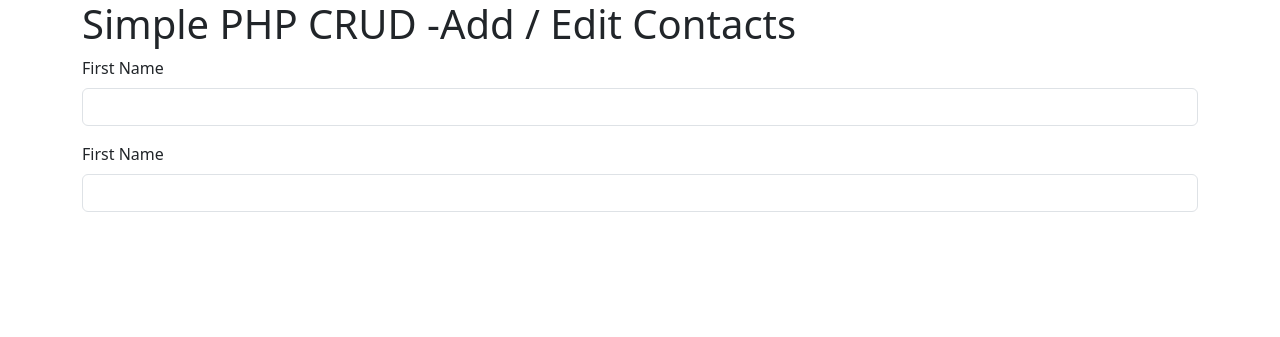
Repository: mennaabdelelhady/PHP-CRUD
Page: http://localhost/add_edit.php
An editor plug-in stored every save of this project. The page is shown before and after the next save, followed by the edit.
The browser window is 1280 px wide. The pictures show the whole page.
The page is run by PHP 8.4 with error messages shown; the project is at /var/www/html/.

Above is the page before, as saved 2024-12-30 03:48:34.

### public/add_edit.php
<?php

$title ="Simple PHP CRUD -Add / Edit Contacts";

?>

<!DOCTYPE html>
<html lang="en">
<head>
    <meta charset="UTF-8">
    <meta name="viewport" content="width=device-width, initial-scale=1.0">
    <link href="https://cdn.jsdelivr.net/npm/bootstrap@5.3.3/dist/css/bootstrap.min.css" rel="stylesheet" integrity="sha384-QWTKZyjpPEjISv5WaRU9OFeRpok6YctnYmDr5pNlyT2bRjXh0JMhjY6hW+ALEwIH" crossorigin="anonymous">
    <title><?php echo $title ?></title>
</head>
<body class="container">
    <h1><?php echo $title ?></h1>
    <form action="">
        <div class="mb-3">
            <label for="name_first" class="form-label">First Name</label>
            <input type="text" class="form-control" id="name_first" name="first_name">
        </div>
        <div class="mb-3">
            <label for="name_last" class="form-label">First Name</label>
            <input type="text" class="form-control" id="name_last" name="first_name">
        </div>
    </form>
</body>

</html>

After the next save:
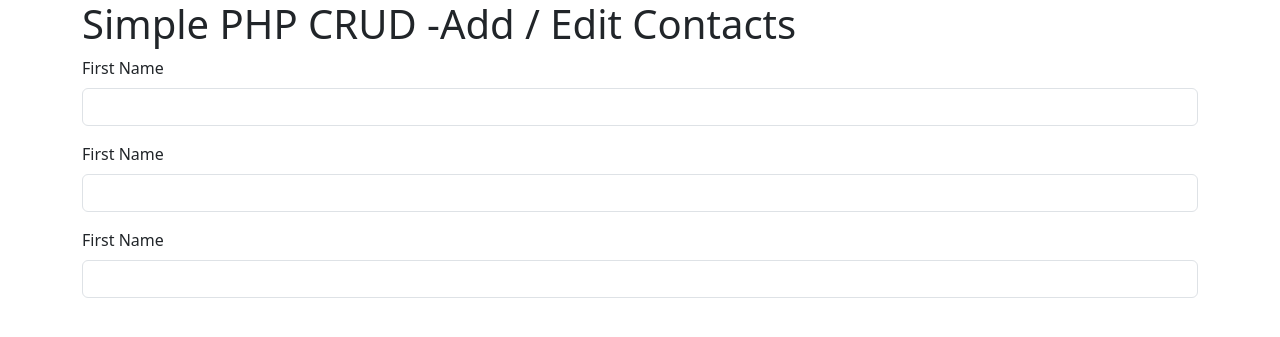
Saved 23 s later.
--- a/public/add_edit.php
+++ b/public/add_edit.php
@@ -23,6 +23,10 @@ $title ="Simple PHP CRUD -Add / Edit Contacts";
             <label for="name_last" class="form-label">First Name</label>
             <input type="text" class="form-control" id="name_last" name="first_name">
         </div>
+        <div class="mb-3">
+            <label for="name_last" class="form-label">First Name</label>
+            <input type="text" class="form-control" id="name_last" name="first_name">
+        </div>
     </form>
 </body>
 
